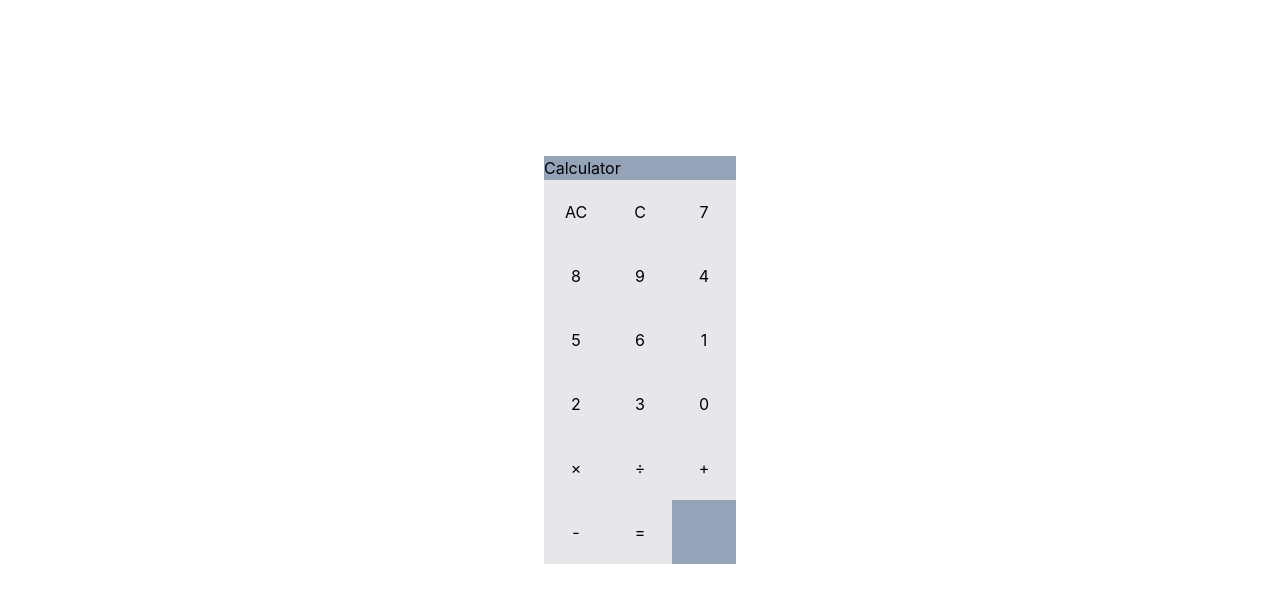
Repository: BrianPhamDev/calculator_app
Page: /
These files come from the project's save history. The page is drawn as it stood at one moment and after a run of saves; the edit follows.
The browser window is 1280 px wide. The pictures show the whole page.
The project was rebuilt for these pictures with package versions that can differ from the ones it lists, and the page was loaded fresh each time. Also part of the build but not shown: vite.config.js.

Above is the page before, as saved 2024-01-09 14:15:45.

After the next 2 saves:
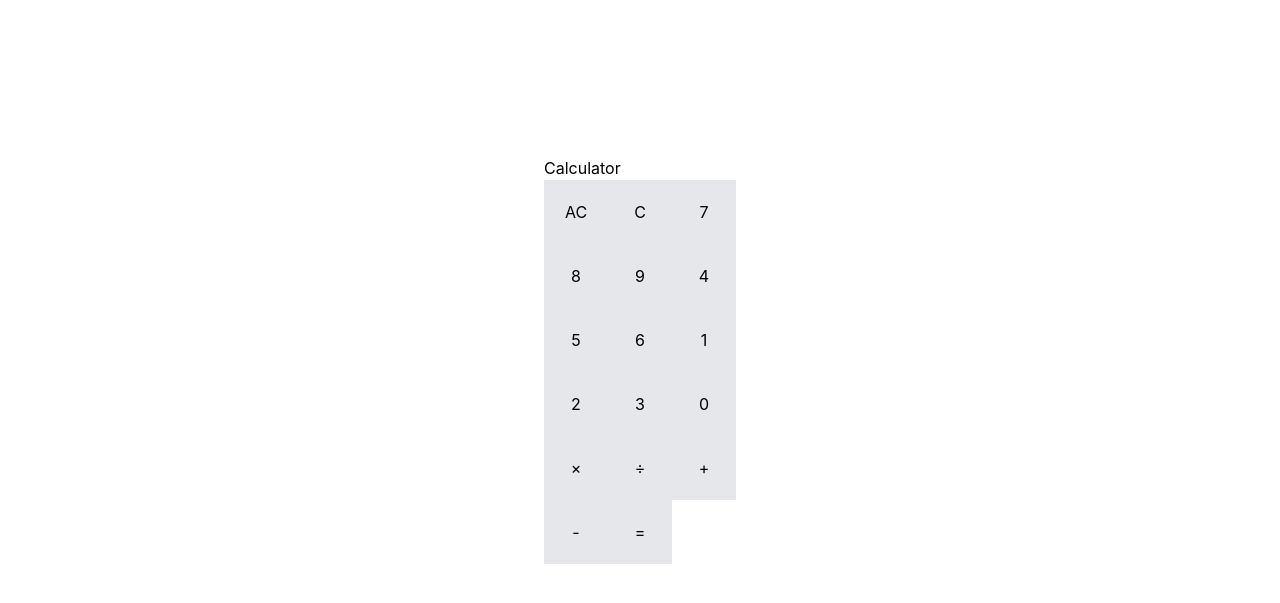
The 2 saves are shown as one change because they came seconds apart.
The last was saved 14 s later.
--- a/src/components/Calculator.jsx
+++ b/src/components/Calculator.jsx
@@ -2,7 +2,7 @@ import { calculatorButtons } from "../globals/calculator-button-data";
 
 const Calculator = () => {
   return (
-    <div className="bg-slate-400">
+    <div className="">
       <h1>Calculator</h1>
       <div className="grid grid-cols-3">
         {calculatorButtons.map((button) => {
